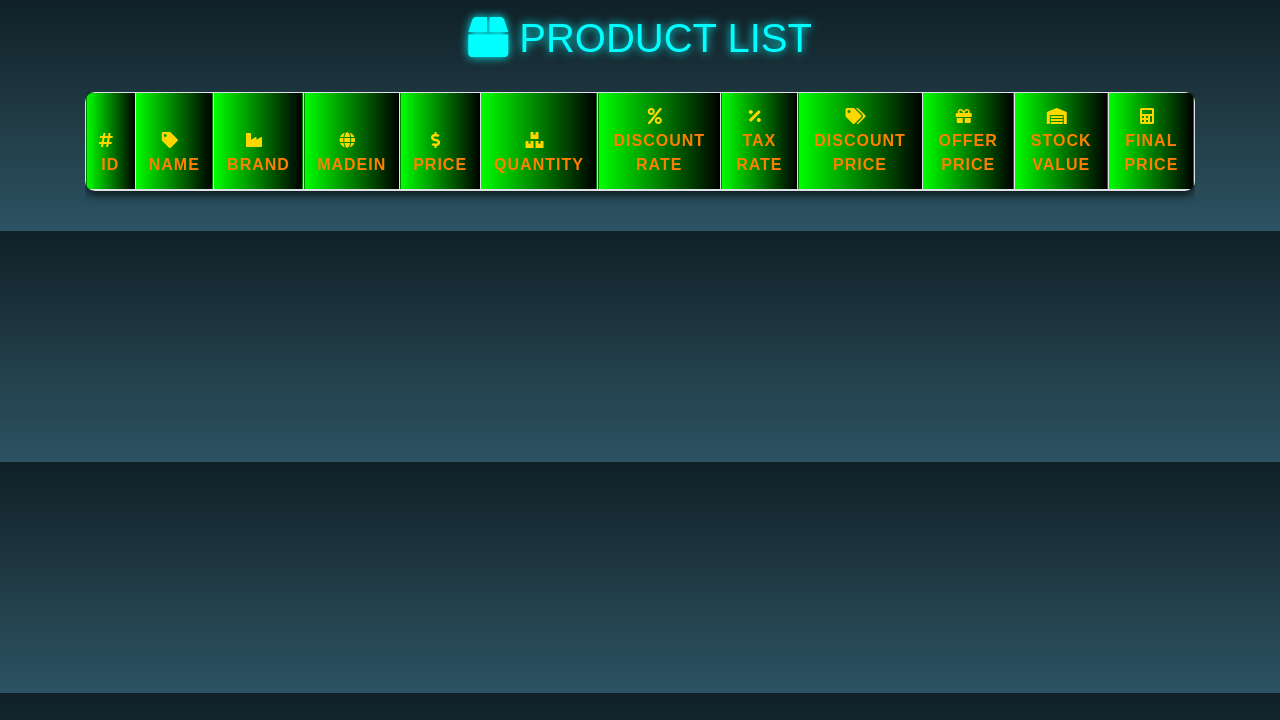
Repository: Ravi-kishor-09/Ravi-projects
Page: http://localhost/product-list
The author's editor kept a copy of each file at every save. The page is drawn from the files as they stood at one save, then again after the next save.
The browser window is 1280 px wide. The pictures show the whole page.
The page is this project's Thymeleaf template; nobody is signed in. The template is opened directly, without the code that normally fills it, so the values that code supplies are empty.

Above is the page before, as saved 2024-12-20 19:25:18.

After the next save:
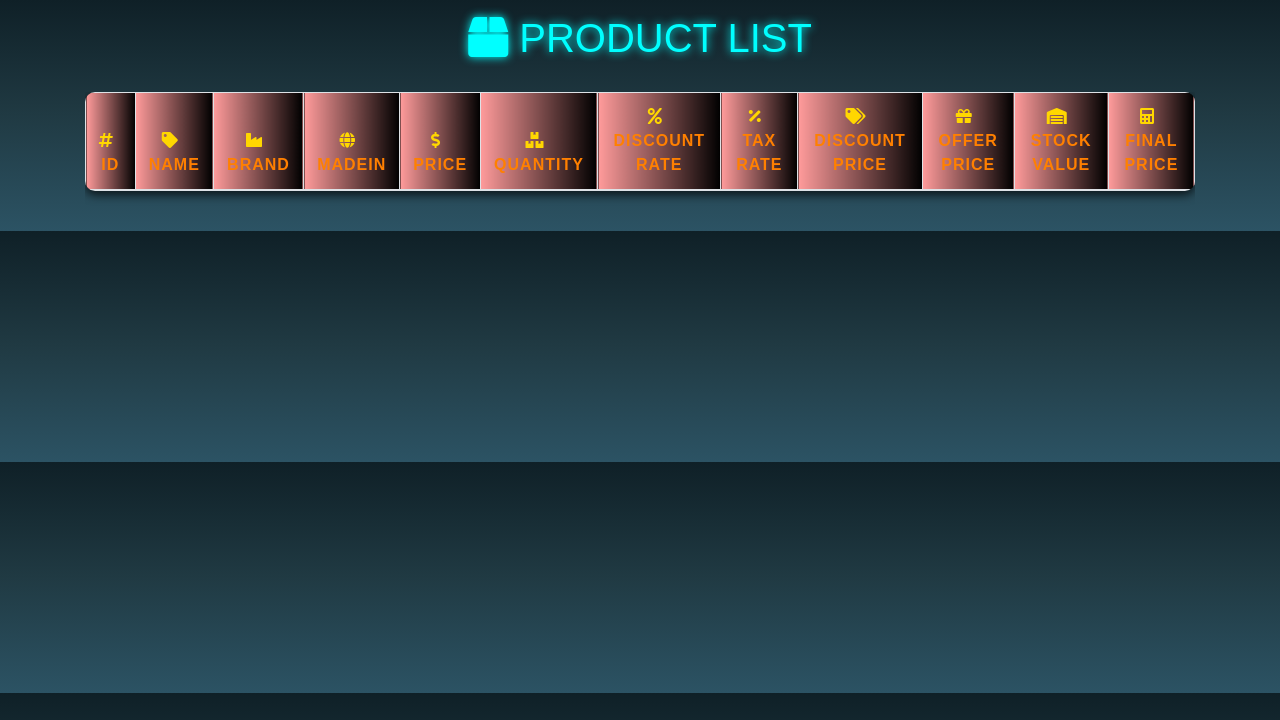
Saved 45 s later.
--- a/spring1/src/main/resources/templates/product-list.html
+++ b/spring1/src/main/resources/templates/product-list.html
@@ -34,7 +34,7 @@
             box-shadow: 0 4px 10px rgba(0, 0, 0, 0.7);
         }
         thead th {
-            background: linear-gradient(90deg, rgb(0, 255, 0), rgb(0, 0, 0));
+            background: linear-gradient(90deg, rgb(255, 155, 155), rgb(0, 0, 0));
             color: rgb(255, 128, 0);
             font-weight: bold;
             text-transform: uppercase;
